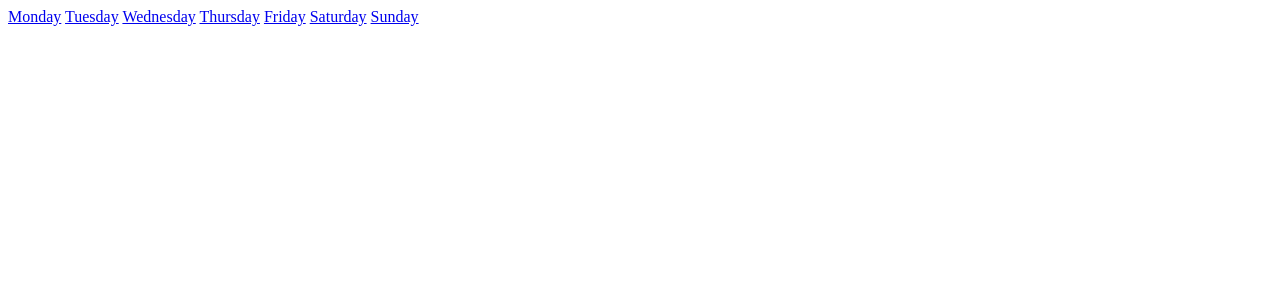
Repository: Art-of-Arts/dotFiles
Page: Documents/pages/index.html
These files come from the project's save history. The page is drawn as it stood at one moment and after the next save; the edit follows.
The browser window is 1280 px wide. The pictures show the whole page.

Above is the page before, as saved 2025-03-15 23:19:53.

After the next save:
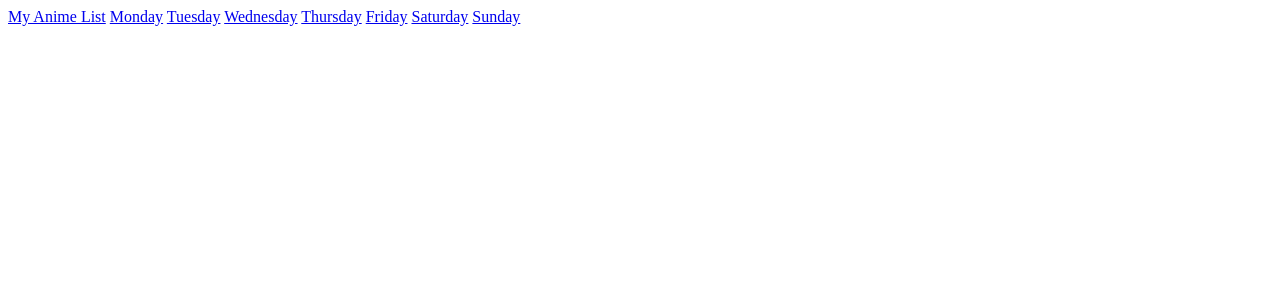
Saved 45 s later.
--- a/Documents/pages/index.html
+++ b/Documents/pages/index.html
@@ -3,6 +3,7 @@
 <title>Select Title</title>
 
 <div>
+    <a style="white-space: pre-line;" href="mal.html">My Anime List</a>
     <a style="white-space: pre-line;" href="monday.html">Monday</a>
     <a style="white-space: pre-line;" href="tuesday.html">Tuesday</a>
     <a style="white-space: pre-line;" href="wednesday.html">Wednesday</a>
